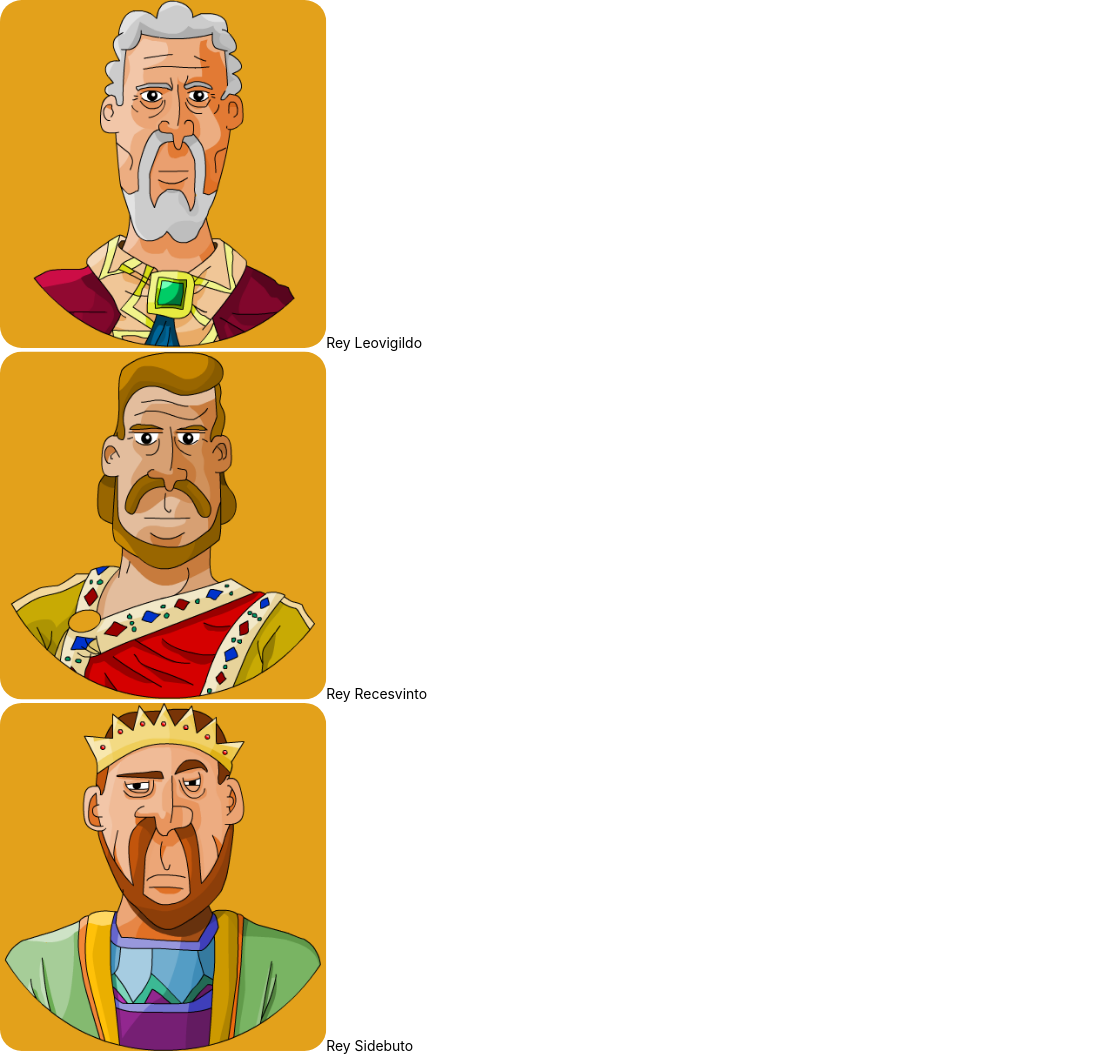
Repository: abgdev1997/ejercicios-react
Page: /
An editor plug-in stored every save of this project. The page is shown before and after the next save, followed by the edit.
The browser window is 1280 px wide. The pictures show the whole page, at 87% of full size.
The project was rebuilt for these pictures with package versions that can differ from the ones it lists, and the page was loaded fresh each time.

Above is the page before, as saved 2022-02-22 09:43:06.

### src/App.js
import './App.css';
import leovigildo from './rey_leogivildo.png';
import recesvinto from './rey_recesvinto.png';
import sisebuto from './rey_sisebuto.png';

function App() {
  return (
    <div className="App">
      <div>
        <img alt='Rey Leovigildo' src={leovigildo} className='img'/>
        <span>Rey Leovigildo</span>
      </div>
      <div>
        <img alt='Rey Recesvinto' src={recesvinto} className='img'/>
        <span>Rey Recesvinto</span>
      </div>
      <div>
        <img alt='Rey Sisebuto' src={sisebuto} className='img'/>
        <span>Rey Sidebuto</span>
      </div>
    </div>
  );
}

export default App;

### src/App.css
.App{

}

.img{
  background-color:#E3A11B;
  border-radius: 25px;
}

Loaded but not shown: public/index.html (common file); src/index.js (common file); src/index.css (common file)

After the next save:
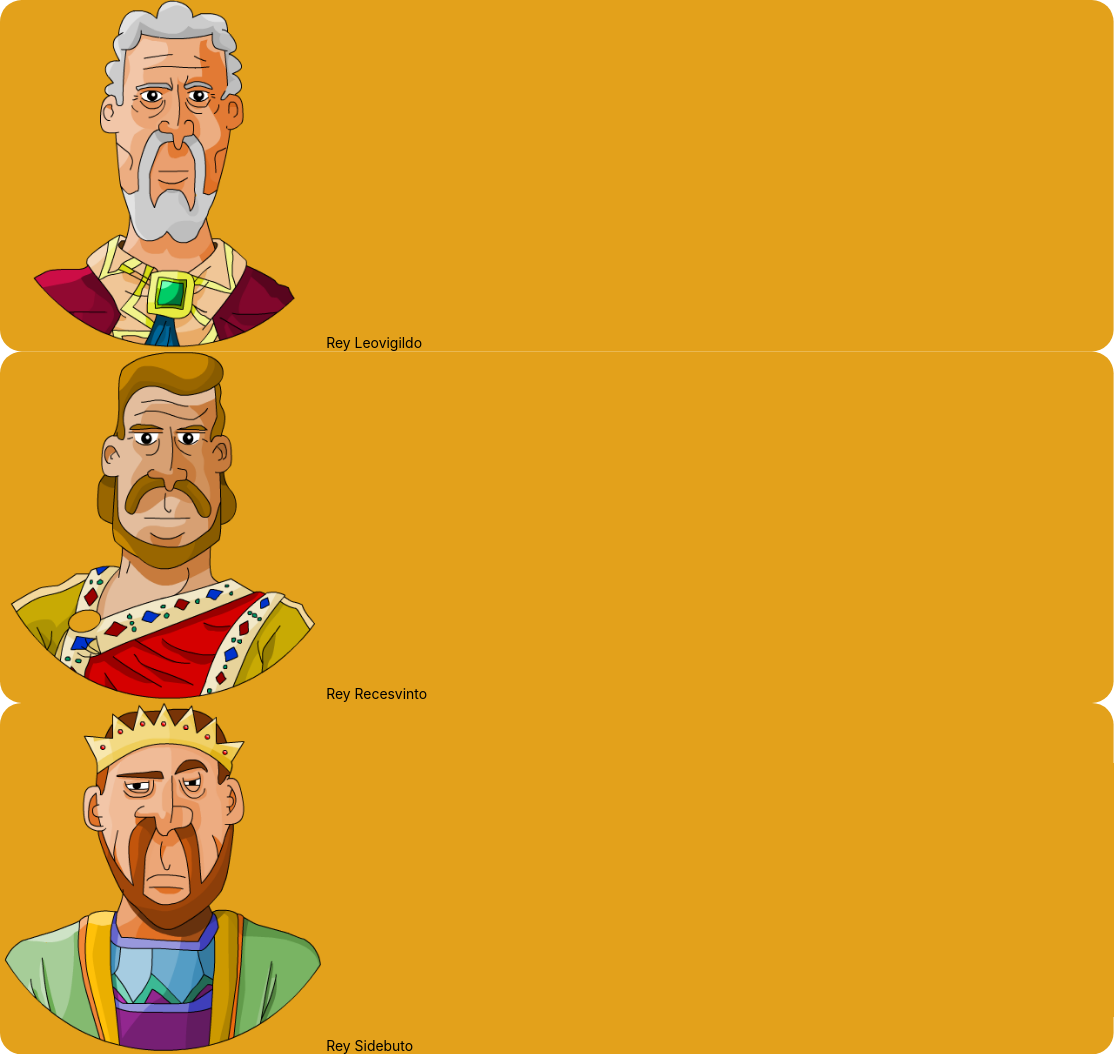
Saved 46 s later.
--- a/src/App.js
+++ b/src/App.js
@@ -6,16 +6,16 @@ import sisebuto from './rey_sisebuto.png';
 function App() {
   return (
     <div className="App">
-      <div>
-        <img alt='Rey Leovigildo' src={leovigildo} className='img'/>
+      <div className='img'>
+        <img alt='Rey Leovigildo' src={leovigildo} />
         <span>Rey Leovigildo</span>
       </div>
-      <div>
-        <img alt='Rey Recesvinto' src={recesvinto} className='img'/>
+      <div className='img'>
+        <img alt='Rey Recesvinto' src={recesvinto} />
         <span>Rey Recesvinto</span>
       </div>
-      <div>
-        <img alt='Rey Sisebuto' src={sisebuto} className='img'/>
+      <div className='img'>
+        <img alt='Rey Sisebuto' src={sisebuto} />
         <span>Rey Sidebuto</span>
       </div>
     </div>
